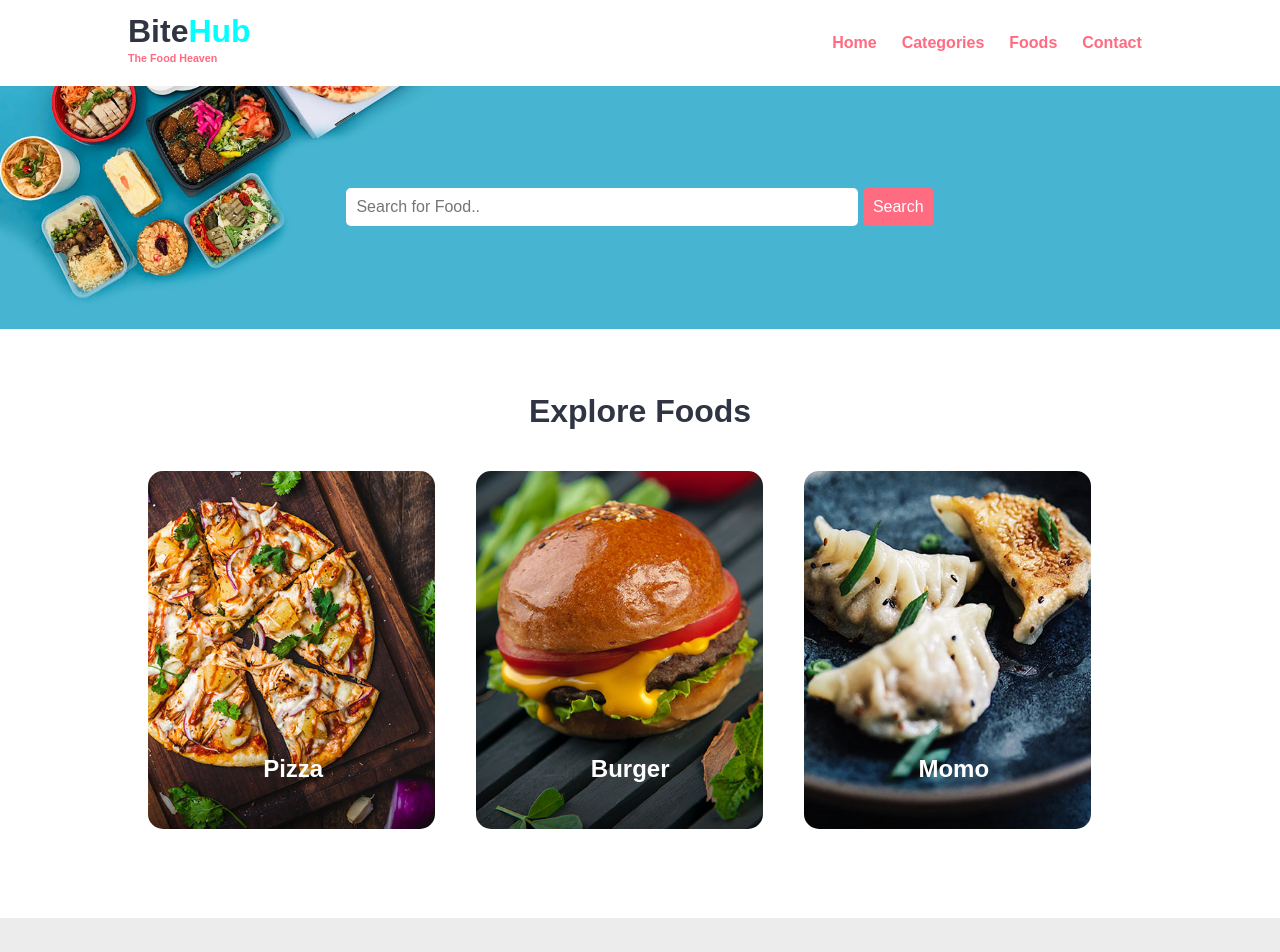
Repository: Saviour-Dagadu/food-order-front
Page: index.html
An editor plug-in stored every save of this project. The page is shown before and after the next save, followed by the edit.
The browser window is 1280 px wide. The pictures show the part of the page from y = 0 to 952 px (the page is 2170 px tall).
A picture or video elsewhere on the page could not be fetched, so the positions and the page height are approximate.

Above is the page before, as saved 2024-05-16 11:14:13.

### index.html
<!DOCTYPE html>
<html lang="en">
<head>
    <meta charset="UTF-8">
    <!-- Important to make website responsive -->
    <meta name="viewport" content="width=device-width, initial-scale=1.0">
    <title>Restaurant Website</title>

    <!-- Link our CSS file -->
    <link rel="stylesheet" href="css/style.css">
</head>

<body>
    <!-- Navbar Section Starts Here -->
    <section class="navbar">
        <div class="container">
            <div class="logo">
                <a href="#" title="Logo">
                    <h2>Bite<span>Hub</span></h2><h6><span>The Food Heaven</span></h6>
                    <!-- <img src="images/logo.png" alt="Restaurant Logo" class="img-responsive"> -->
                </a>
            </div>

            <div class="menu text-right">
                <ul>
                    <li>
                        <a href="index.html">Home</a>
                    </li>
                    <li>
                        <a href="categories.html">Categories</a>
                    </li>
                    <li>
                        <a href="foods.html">Foods</a>
                    </li>
                    <li>
                        <a href="contact.html">Contact</a>
                    </li>
                </ul>
            </div>

            <div class="clearfix"></div>
        </div>
    </section>
    <!-- Navbar Section Ends Here -->

    <!-- fOOD sEARCH Section Starts Here -->
    <section class="food-search text-center">
        <div class="container">

            <form action="underConstruction.html" method="POST">
                <input type="search" name="search" placeholder="Search for Food.." required>
                <input type="submit" name="submit" value="Search" class="btn btn-primary">
            </form>

        </div>
    </section>
    <!-- fOOD sEARCH Section Ends Here -->

    <!-- CAtegories Section Starts Here -->
    <section class="categories">
        <div class="container">
            <h2 class="text-center">Explore Foods</h2>

            <a href="category-foods.html">
            <div class="box-3 float-container">
                <img src="images/pizza.jpg" alt="Pizza" class="img-responsive img-curve">

                <h3 class="float-text text-white">Pizza</h3>
            </div>
            </a>

            <a href="#">
            <div class="box-3 float-container">
                <img src="images/burger.jpg" alt="Burger" class="img-responsive img-curve">

                <h3 class="float-text text-white">Burger</h3>
            </div>
            </a>

            <a href="#">
            <div class="box-3 float-container">
                <img src="images/momo.jpg" alt="Momo" class="img-responsive img-curve">

                <h3 class="float-text text-white">Momo</h3>
            </div>
            </a>

            <div class="clearfix"></div>
        </div>
    </section>
    <!-- Categories Section Ends Here -->

    <!-- fOOD MEnu Section Starts Here -->
    <section class="food-menu">
        <div class="container">
            <h2 class="text-center">Food Menu</h2>

            <div class="food-menu-box">
                <div class="food-menu-img">
                    <img src="images/menu-pizza.jpg" alt="Chicke Hawain Pizza" class="img-responsive img-curve">
                </div>

                <div class="food-menu-desc">
                    <h4>Pizza</h4>
                    <p class="food-price">Ghc 50</p>
                    <p class="food-detail">
                        Made with Italian Sauce, Chicken, and organice vegetables.
                    </p>
                    <br>

                    <a href="order.html" class="btn btn-primary">Order Now</a>
                </div>
            </div>

            <div class="food-menu-box">
                <div class="food-menu-img">
                    <img src="images/menu-burger.jpg" alt="Chicke Hawain Pizza" class="img-responsive img-curve">
                </div>

                <div class="food-menu-desc">
                    <h4>Smoky Burger</h4>
                    <p class="food-price">Ghc 20</p>
                    <p class="food-detail">
                        Made with Italian Sauce, Chicken, and organice vegetables.
                    </p>
                    <br>

                    <a href="order.html" class="btn btn-primary">Order Now</a>
                </div>
            </div>

            <div class="food-menu-box">
                <div class="food-menu-img">
                    <img src="images/menu-burger.jpg" alt="Chicke Hawain Burger" class="img-responsive img-curve">
                </div>

                <div class="food-menu-desc">
                    <h4>Nice Burger</h4>
                    <p class="food-price">Ghc 20</p>
                    <p class="food-detail">
                        Made with Italian Sauce, Chicken, and organize vegetables.
                    </p>
                    <br>

                    <a href="order.html" class="btn btn-primary">Order Now</a>
                </div>
            </div>



            <!-- <div class="food-menu-box">
                <div class="food-menu-img">
                    <img src="images/menu-pizza.jpg" alt="Chicke Hawain Pizza" class="img-responsive img-curve">
                </div>

                <div class="food-menu-desc">
                    <h4>Food Title</h4>
                    <p class="food-price">$2.3</p>
                    <p class="food-detail">
                        Made with Italian Sauce, Chicken, and organice vegetables.
                    </p>
                    <br>

                    <a href="order.html" class="btn btn-primary">Order Now</a>
                </div>
            </div> -->

            <div class="food-menu-box">
                <div class="food-menu-img">
                    <img src="images/menu-momo.jpg" alt="Chicke Hawain Momo" class="img-responsive img-curve">
                </div>

                <div class="food-menu-desc">
                    <h4>Chicken Steam Momo</h4>
                    <p class="food-price">Ghc 50</p>
                    <p class="food-detail">
                        Made with Italian Sauce, Chicken, and organice vegetables.
                    </p>
                    <br>

                    <a href="order.html" class="btn btn-primary">Order Now</a>
                </div>
            </div>


            <div class="clearfix"></div>



        </div>

        <p class="text-center">
            <a href="#">See All Foods</a>
        </p>
    </section>
    <!-- fOOD Menu Section Ends Here -->

    <!-- social Section Starts Here -->
<section class="social">
	<div class="container text-center">
		<ul>
			<li>
				<a href="https://www.facebook.com/saviou/"><img src="https://img.icons8.com/fluent/50/000000/facebook-new.png"/></a>
			</li>
			<li>
				<a href="https://www.instagram.com/saviour_dagadu/"><img src="https://img.icons8.com/fluent/48/000000/instagram-new.png"/></a>
			</li>
			<li>
				<a href="https://twitter.com/savicode"><img src="https://img.icons8.com/fluent/48/000000/twitter.png"/></a>
			</li>
		</ul>
	</div>
</section>
<!-- social Section Ends Here -->

<!-- footer Section Starts Here -->
<section class="footer">
	<div class="container text-center">
		<p>All rights reserved. Designed By <a href="https://saviourdagadu.netlify.app/">@savicode</a></p>
	</div>
</section>
<!-- footer Section Ends Here -->

</body>
</html>

### css/style.css
/*
    Author: Vijay Thapa;
    Theme: Restaurant Food Order;
    version: 1.0;
*/

/* CSS for All */
*{
    margin: 0 0;
    padding: 0 0;
    font-family: Arial, Helvetica, sans-serif;
}
.container{
    width: 80%;
    margin: 0 auto;
    padding: 1%;
}
.img-responsive{
    width: 100%;
}
.img-curve{
    border-radius: 15px;
}

.text-right{
    text-align: right;
}
.text-center{
    text-align: center;
}
.text-left{
    text-align: left;
}
.text-white{
    color: white;
}

.clearfix{
    clear: both;
    float: none;
}

a{
    color: #ff6b81;
    text-decoration: none;
}
a:hover{
    color: #ff4757;
}

.btn{
    padding: 1%;
    border: none;
    font-size: 1rem;
    border-radius: 5px;
}
.btn-primary{
    background-color: #ff6b81;
    color: white;
    cursor: pointer;
}
.btn-primary:hover{
    color: white;
    background-color: #ff4757;
}
h2{
    color: #2f3542;
    font-size: 2rem;
    margin-bottom: 2%;
}
h3{
    font-size: 1.5rem;
}
.float-container{
    position: relative;
}
.float-text{
    position: absolute;
    bottom: 50px;
    left: 40%;
}
fieldset{
    border: 1px solid white;
    margin: 5%;
    padding: 3%;
    border-radius: 5px;
}


/* CSSS for navbar section */

.logo{
    width: 10%;
    float: left;
}
.logo h2 span{
    color: aqua;
}
.menu{
    line-height: 60px;
}
.menu ul{
    list-style-type: none;
}

.menu ul li{
    display: inline;
    padding: 1%;
    font-weight: bold;
}


/* CSS for Food SEarch Section */

.food-search{
    background-image: url(../images/bg.jpg);
    background-size: cover;
    background-repeat: no-repeat;
    background-position: center;
    padding: 7% 0;
}

.food-search input[type="search"]{
    width: 50%;
    padding: 1%;
    font-size: 1rem;
    border: none;
    border-radius: 5px;
}


/* CSS for Categories */
.categories{
    padding: 4% 0;
}

.box-3{
    width: 28%;
    float: left;
    margin: 2%;
}


/* CSS for Food Menu */
.food-menu{
    background-color: #ececec;
    padding: 4% 0;
}
.food-menu-box{
    width: 43%;
    margin: 1%;
    padding: 2%;
    float: left;
    background-color: white;
    border-radius: 15px;
}

.food-menu-img{
    width: 20%;
    float: left;
}

.food-menu-desc{
    width: 70%;
    float: left;
    margin-left: 8%;
}

.food-price{
    font-size: 1.2rem;
    margin: 2% 0;
}
.food-detail{
    font-size: 1rem;
    color: #747d8c;
}


/* CSS for Social */
.social ul{
    list-style-type: none;
}
.social ul li{
    display: inline;
    padding: 1%;
}

/* for Order Section */
.order{
    width: 50%;
    margin: 0 auto;
}
.input-responsive{
    width: 96%;
    padding: 1%;
    margin-bottom: 3%;
    border: none;
    border-radius: 5px;
    font-size: 1rem;
}
.order-label{
    margin-bottom: 1%;
    font-weight: bold;
}

/* Contact Section*/

#info{
    padding: 30px 0;
}

#info .container{
     display: flex;
}

#info .info{
    width: 28%;
    height: 300px;
    border-radius: 10px;
    overflow: hidden;

}

#info .info-text{
    border: 1px solid lightgray;
    padding: 10px;
}

#info .info-text h4{
    margin: 5px;
}

#info .info-text .info-text-call{
    margin-bottom: 20px;
}

#info .info-image{
margin-right: 10px;
overflow: hidden;
box-shadow: 0 0 5px #333;
transform: scale (1.04);
transition: all .4s ease-in-out;
}

#info .info-image:hover{
transform: translateY(-15px) scale(1.1);
box-shadow: 0 0 10px #333;
}
#info .info-image img{
max-width: 100%;
height: auto
}

#info .info-image:hover .info-image img{
opacity: 1;
}

       /* message Section */
#message{
    padding: 30px 0;
    background-color: lightgray;
}

#message .message-top{
    text-align: center;
    margin-bottom: 20px;
}

#message .message-top h3{
    text-transform: uppercase;
    margin: 0;
}

#message .message-top h3::after{
    content: "";
    display: block;
    width: 50px;
    height: 3px;
    background-color: gray;
    margin: 10px auto 0;
}

#message .message-bottom{
    color: black;
}

#message .message-bottom label{
    display: block;
    font-size: 17px;
    font-weight: 500;
    margin-bottom: 5px;
}

#message .message-bottom .form-group{
    margin-bottom: 10px;
}

#message .message-bottom .input{
    display: block;
    height: 40px;
    border-radius: 5px;
    border: 1px solid brown;
    padding-left: 10px;
    padding-right: 10px;
    width: 100%;
    font-size: 15px;
    font-family: 'Segoe UI', Tahoma, Geneva, Verdana, Sans-serif;
}

#message .message-bottom input,
#message .message-bottom textarea,
#message .message-bottom button{
    outline: none;
}

#message  textarea{
    width: 100%;
    height: 200px;
    border-radius: 5px;
    border: 1px solid brown;
    background-color: white;
    padding: 5px 10px;
    font: 15px 'Segoe UI', Tahoma, Geneva, Verdana, Sans-serif;
}

#message .message-bottom .btn{
    padding: 10px 20px;
    background-color: brown;
    text-transform: uppercase;
    font: 15px 'Segoe UI', Tahoma, Geneva, Verdana, Sans-serif;
    border: none;
    border-radius: 5px;
    font-weight: 500;
    color: #fff;
    cursor: pointer;
}


/* CSS for Mobile Size or Smaller Screen */

@media only screen and (max-width:768px){
    .logo{
        width: 80%;
        float: none;
        margin: 1% auto;
    }

    .menu ul{
        text-align: center;
    }

    .food-search input[type="search"]{
        width: 90%;
        padding: 2%;
        margin-bottom: 3%;
    }

    .btn{
        width: 91%;
        padding: 2%;
    }

    .food-search{
        padding: 10% 0;
    }

    .categories{
        padding: 20% 0;
    }
    h2{
        margin-bottom: 10%;
    }
    .box-3{
        width: 100%;
        margin: 4% auto;
    }

    .food-menu{
        padding: 20% 0;
    }

    .food-menu-box{
        width: 90%;
        padding: 5%;
        margin-bottom: 5%;
    }
    .social{
        padding: 5% 0;
    }
    .order{
        width: 100%;
    }
}

After the next save:
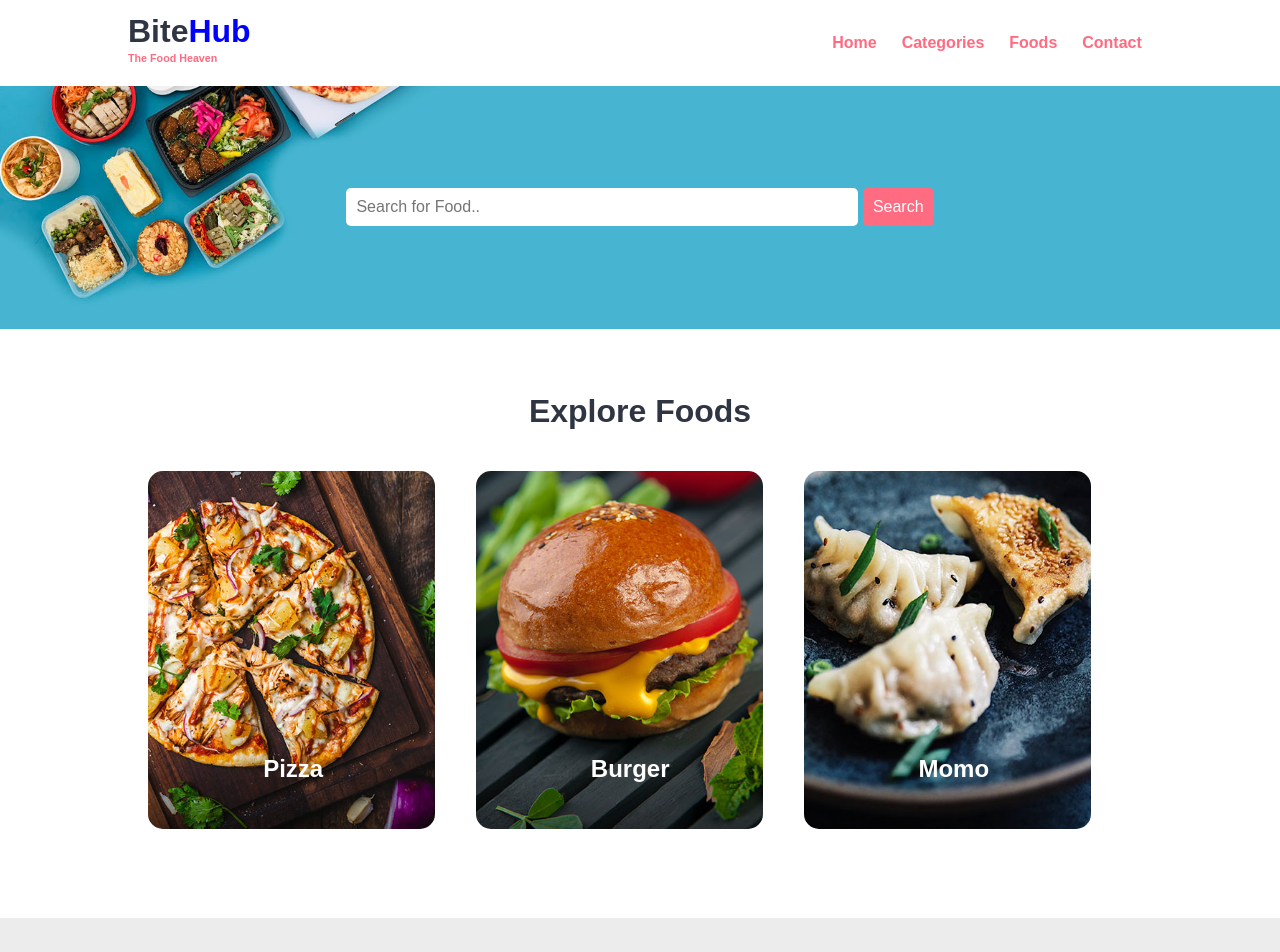
Saved 64 s later.
--- a/css/style.css
+++ b/css/style.css
@@ -94,7 +94,7 @@ fieldset{
     float: left;
 }
 .logo h2 span{
-    color: aqua;
+    color: blue;
 }
 .menu{
     line-height: 60px;
